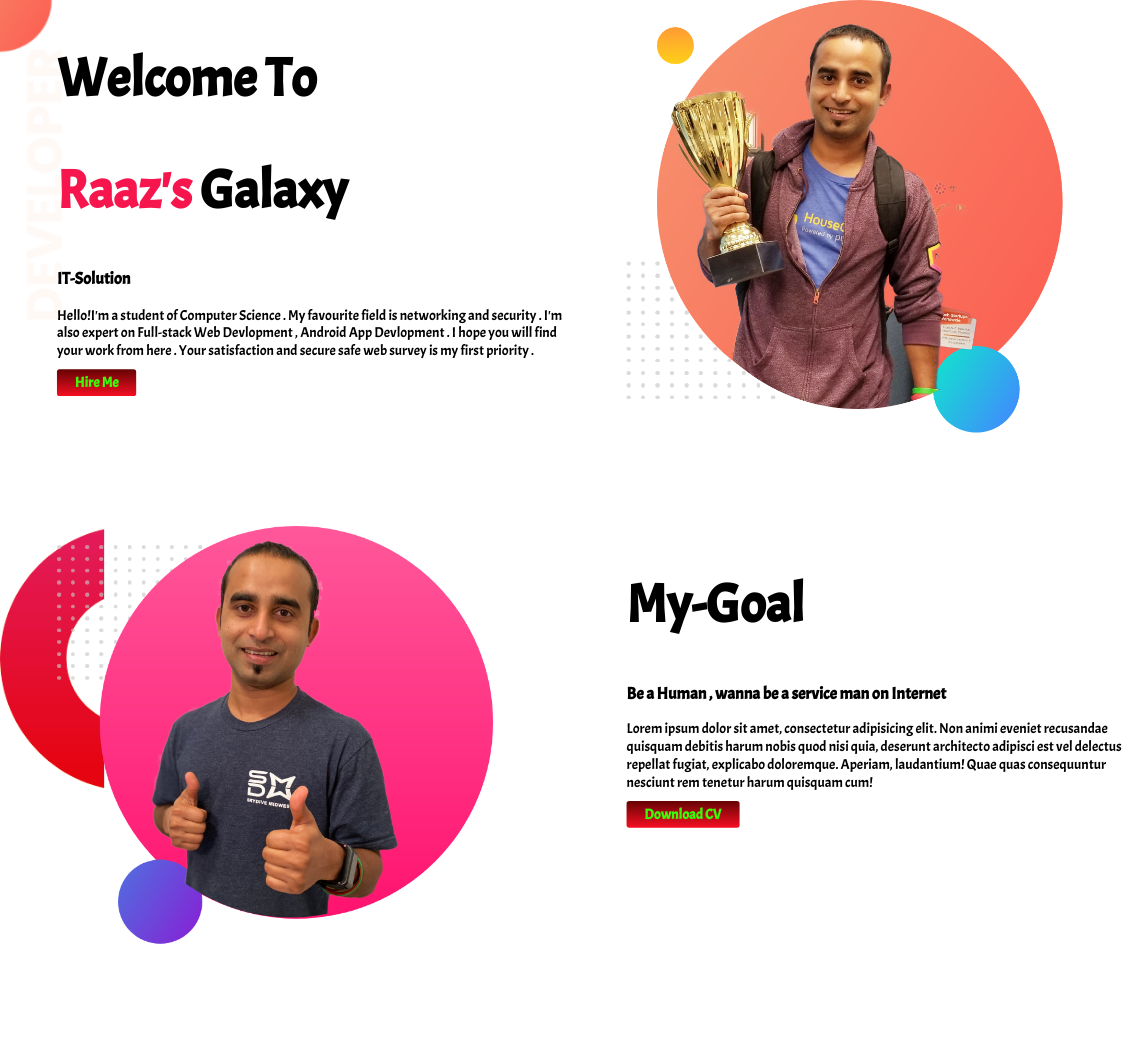
Repository: ramizraaz/my-portfolio
Page: about.html
These files come from the project's save history. The page is drawn as it stood at one moment and after the next save; the edit follows.
The browser window is 1280 px wide. The pictures show the whole page, at 89% of full size.

Above is the page before, as saved 2022-01-13 19:19:33.

### about.html
<!DOCTYPE html>
<html lang="en">

<head>
    <meta charset="UTF-8">
    <meta http-equiv="X-UA-Compatible" content="IE=edge">
    <meta name="viewport" content="width=device-width, initial-scale=1.0">
    <title>Raaz Portfolio</title>
    <link rel="preconnect" href="https://fonts.googleapis.com">
    <link rel="preconnect" href="https://fonts.gstatic.com" crossorigin>
    <link href="https://fonts.googleapis.com/css2?family=Acme&family=Lobster&family=Permanent+Marker&display=swap" rel="stylesheet">
    <link rel="stylesheet" href="design.css">
</head>

<body>
    <section class="top">
        <div class="content">
            <h1>Welcome To</h1>
            <h1><span> Raaz's </span>Galaxy</h1>
            <h3>IT-Solution</h3>
            <p>Hello!I'm a student of Computer Science . My favourite field is networking and security . I'm also expert on Full-stack Web Devlopment , Android App Devlopment . I hope you will find your work from here . Your satisfaction and secure safe
                web survey is my first priority .</p>
            <a class="link-button" href="" target="_blank">Hire Me</a>
        </div>
        <div class="content">
            <img src="images/jhankar.png" alt="Personal Profile">
        </div>
    </section>
    <section class="middle">
        <div class="content">
            <img src="images/jhankar2.png" alt="Personal Profile">
        </div>
        <div class="content">
            <h1>My-Goal</h1>
            <h3>Be a Human , wanna be a service man on Internet</h3>
            <p>Lorem ipsum dolor sit amet, consectetur adipisicing elit. Non animi eveniet recusandae quisquam debitis harum nobis quod nisi quia, deserunt architecto adipisci est vel delectus repellat fugiat, explicabo doloremque. Aperiam, laudantium! Quae
                quas consequuntur nesciunt rem tenetur harum quisquam cum!</p>
            <a class="link-button" href="" target="_blank">Download CV</a>
        </div>
    </section>
</body>

</html>

### design.css
body {
    font-family: 'Acme', sans-serif;
    margin: 0;
}

h1 {
    font-size: 60px;
}

span {
    color: rgb(247, 21, 77);
}

section {
    display: flex;
    /* Using this attribute for show photo and content flexible left right part */
    margin-bottom: 100px;
}

.content {
    width: 50%;
    /*to make 2 div 50//50 size*/
    padding-left: 5%;
}

.content img {
    width: 85%;
    /*adjusting image*/
}

.link-button {
    text-decoration: none;
    background-image: linear-gradient(rgb(102, 3, 3), #f50f22);
    padding: 5px 20px;
    border-radius: 3px;
    font-weight: 800;
    color: rgb(63, 247, 7);
}

.top {
    background-image: url(images/top-banner.png);
    background-repeat: no-repeat;
}

.middle {
    background-image: url(images/dream-bg.png);
    background-repeat: no-repeat;
}

After the next save:
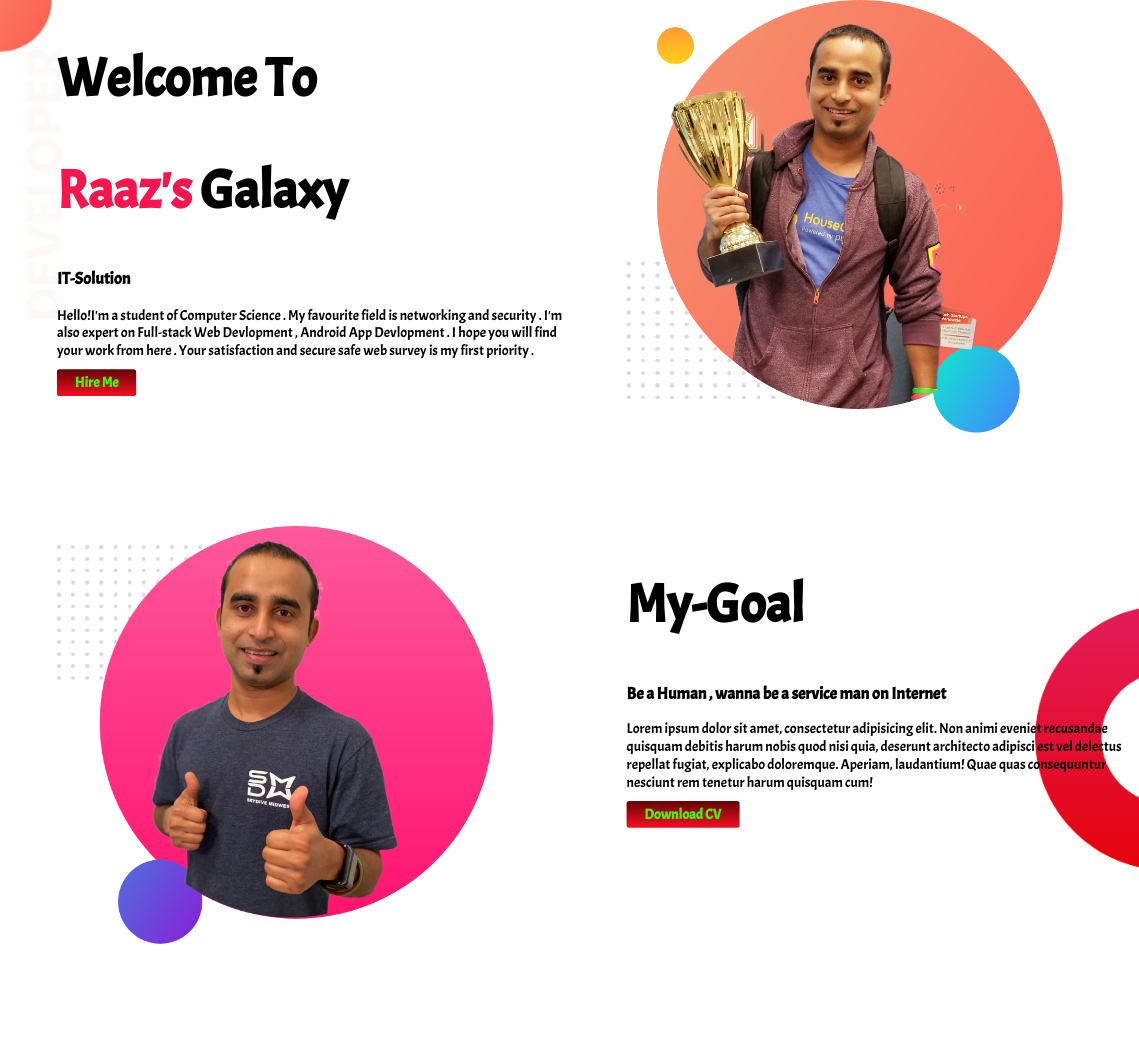
Saved 43 s later.
--- a/design.css
+++ b/design.css
@@ -45,4 +45,5 @@ section {
 .middle {
     background-image: url(images/dream-bg.png);
     background-repeat: no-repeat;
+    background-position: right;
 }
